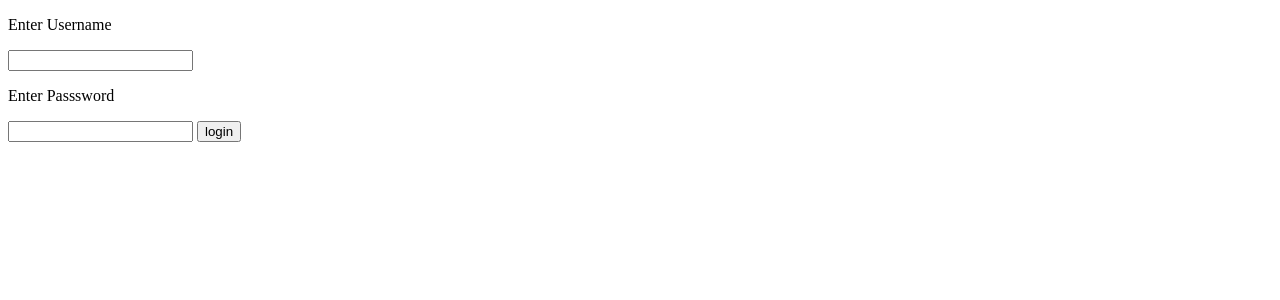
Repository: Annam-Pardha-Saradhi/Servlet-Projects
Page: http://localhost/project-2-login-jsp-servlets-jdbc-example/
An editor plug-in stored every save of this project. The page is shown before and after the next save, followed by the edit.
The browser window is 1280 px wide. The pictures show the whole page.
The page is served by Tomcat 10.

Above is the page before, as saved 2024-09-06 10:50:34.

After the next save:
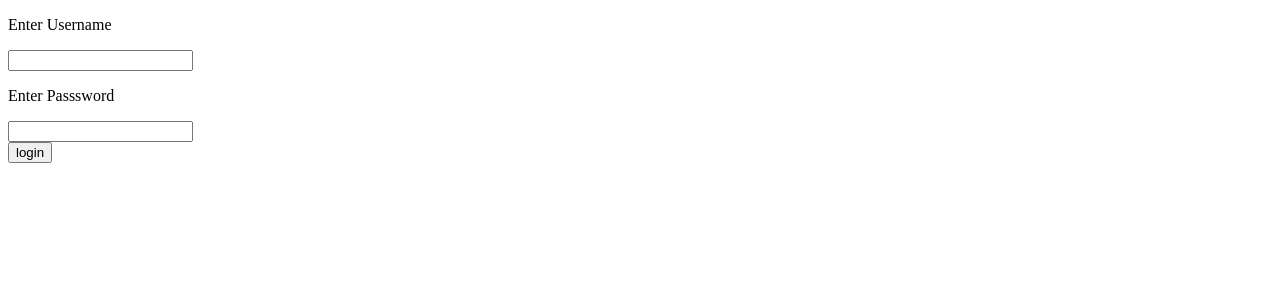
Saved 56 s later.
--- a/servlet_projects/project-2-login-jsp-servlets-jdbc-example/src/main/webapp/index.jsp
+++ b/servlet_projects/project-2-login-jsp-servlets-jdbc-example/src/main/webapp/index.jsp
@@ -11,7 +11,7 @@
 <p>Enter Username</p>
 <input type="text" name="uname"/>
 <p>Enter Passsword</p>
-<input type="password" name="pwd"/>
+<input type="password" name="pwd"/><br>
 <input type="submit" value="login"/>
 </form>
 </body>
